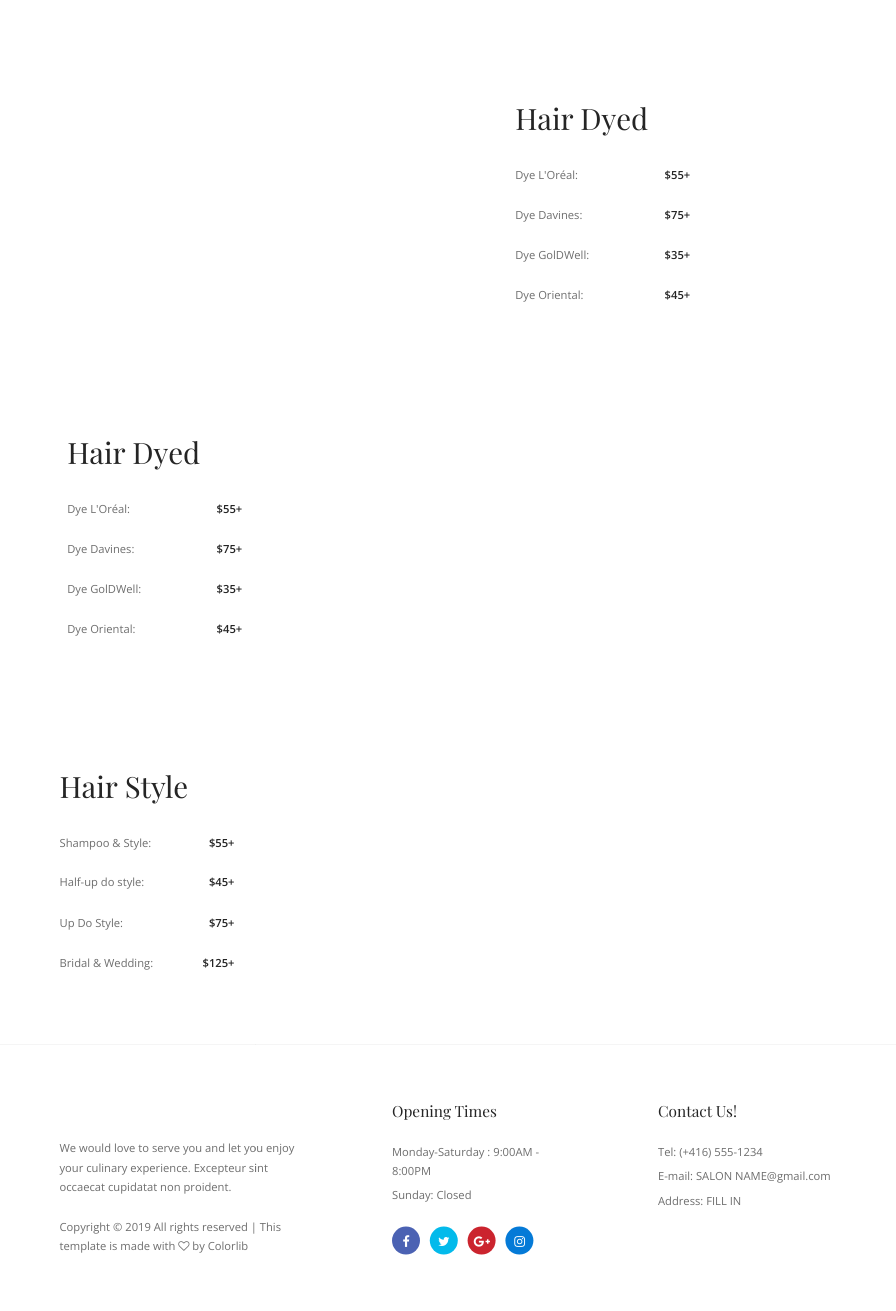
Repository: hanihassan1/Bay-wash-studio
Page: http://localhost/service
The author's editor kept a record of every edit. The page is drawn from the files as they stood at one moment, then again after the next edit.
The browser window is 1280 px wide. The pictures show the part of the page from y = 906 to 2826 px (the page is 2779 px tall before and 2826 px after), at 70% of full size.
The page is served by the project's application, run on Flask 3 (run.py).

Above is the page before.
Console error: TypeError: Cannot read properties of null (reading 'jQuery22409362962306477132')

After the next edit:
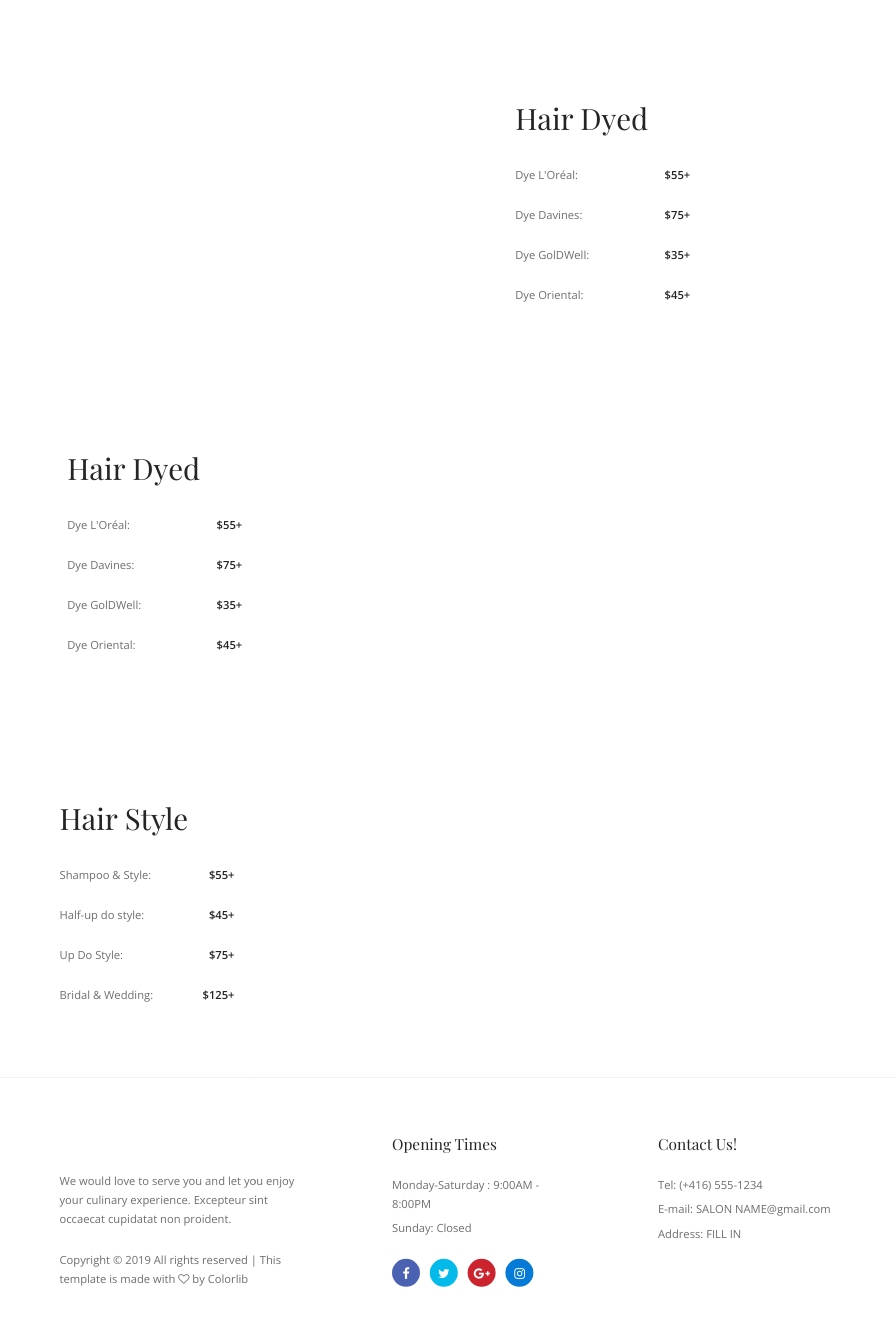
The edit:
--- a/templates/service.html
+++ b/templates/service.html
@@ -91,6 +91,7 @@
                 <p><span>Dye Oriental:</span> <span>$45+</span></p>
             </div>
         </div>
+        <div class="service-thumbnail bg-img jarallax" style="background-image: url({{ url_for('static', filename='img/bg-img/27.jpg')  }});"></div>
     </div>
 
 
